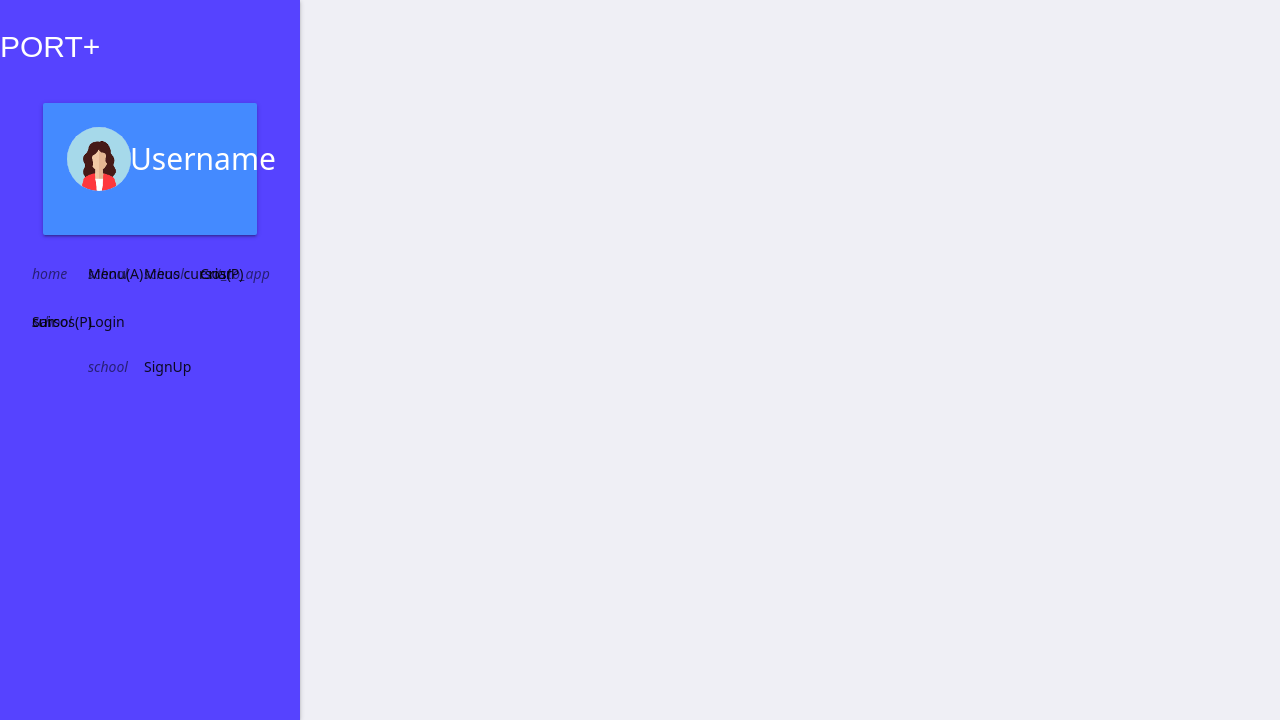
Repository: LauraMViana/Port-plus
Page: http://localhost/sideNav(D)
These files come from the project's save history. The page is drawn as it stood at one moment and after the next save; the edit follows.
The browser window is 1280 px wide. The pictures show the whole page.
The page is this project's Thymeleaf template; nobody is signed in. The template is opened directly, without the code that normally fills it, so the values that code supplies are empty.

Above is the page before, as saved 2021-12-22 20:23:05.

### port/src/main/resources/templates/sideNav(D).html
<!DOCTYPE html >
<html xmlns:th="http://www.thymeleaf.org">
<head>
<meta charset="UTF-8">
<!-- Compiled and minified CSS -->
<link rel="stylesheet"
	href="https://cdnjs.cloudflare.com/ajax/libs/materialize/1.0.0/css/materialize.min.css">
<link href="https://fonts.googleapis.com/icon?family=Material+Icons"
	rel="stylesheet">
<link rel="stylesheet" href="/Style.css">
<title>PortPlus</title>
</head>
<body>
	<div th:fragment="menu">
		<ul id="slide-out" class="sidenav sidenav-fixed">
			<li>
				<div class="brand-logo">
					<h4 class="white-text">PORT+</h4>
				</div>
				<div class="user-view">
					<!--  add link-->
					<div class="col s12 m8 offset-m2 l6 offset-l3">
						<div class="card-panel blue accent-2">
							<div class="row valign-wrapper">
								<div class="col s4">
									<img src="/Imagens/usuario.png" class="circle">
								</div>
								<div class="col s10">
									<span class="white-text"><strong>Username</strong> </span>
								</div>
							</div>
						</div>
					</div>
				</div>
			</li>
			<li><a href="/"><i class="material-icons">home </i>Menu(A)</a></li>
			<li><a href="/portPlus/meusCursos"><i class="material-icons">school
				</i>Meus cursos(P)</a></li>
			<!-- <li><a href="/"><i class="material-icons">create </i>Correção
					de RED</a></li> -->
			<li><a href="/portPlus/criarCurso"><i class="material-icons">school
				</i>Criar cursos(P)</a></li>
			<li><a href="/"><i class="material-icons">exit_to_app</i>Sair</a></li>
			<li><a href="/portPlus/login"><i class="material-icons">school
				</i>Login</a></li>
			<li><a href="/portPlus/signup"><i class="material-icons">school
				</i>SignUp</a></li>

		</ul>
		<a href="#" data-target="slide-out" class="sidenav-trigger"><i
			class="material-icons">menu</i></a>
	</div>
	<script
		src="https://cdnjs.cloudflare.com/ajax/libs/materialize/1.0.0/js/materialize.min.js"></script>
	<script>
		document.addEventListener('DOMContentLoaded', function() {
			var side = document.querySelectorAll('.sidenav');
			M.Sidenav.init(side);
		});
	</script>
</body>
</html>

### port/src/main/resources/static/Style.css
/* Laura */
body {
	margin: 0px;
	padding: 0px;
	background-color: #efeff5;
	font-family: system-ui;
}

.clearfix {
	clear: both;
}

.logo {
	margin: 0px;
	margin-left: 28px;
	font-weight: bold;
	color: white;
	margin-bottom: 30px;
}

.sidenav {
	height: 100%;
	width: 300px;
	position: fixed;
	z-index: 1;
	top: 0;
	left: 0;
	background-color: #5643ff;
	overflow: hidden;
	padding-top: 30px;
	transition: ease-in-out 0.3s;
}

.menu {
	float: right;
	margin-right: 20px;
	cursor: pointer;
}

.logo1 {
	margin: 0px;
	margin-left: 20px;
	font-weight: bold;
	color: white;
	margin-bottom: 50px;
	display: none;
	cursor: pointer;
}

.menu1 {
	float: left;
	display: none;
}

.sidenav a {
	padding: 15px 8px 15px 32px;
	text-decoration: none;
	font-size: 20px;
	color: #d8d8d8;
	display: block;
}

.sidenav a:hover {
	color: #f1f1f1;
	background-color: #2c1ed6;
}

.sidenav {
	top: 0;
	right: 25px;
	font-size: 30px;
}

#main {
	padding: 16px;
	margin-left: 300px;
}

.head {
	padding: 0px 6px;
	border-bottom: 1px solid #d6d6d8b8;
	padding-bottom: 10px;
}

.col-div-6 {
	width: 50%;
	float: left;
}

.login p {
	color: #6c7293;
	font-weight: 500;
	margin-left: 35px;
	margin-top: 10px;
	font-size: 13.5px;
	background-color: white;
	padding: 10px;
	border-radius: 25px;
	padding-left: 35px;
	width: 80px;
	float: right;
	cursor: pointer;
}

.profile {
	display: inline-block;
	float: right;
	width: 160px;
}

.pro-img {
	float: left;
	width: 40px;
	margin-top: 8px;
	margin-left: 20px;
}

.profile p {
	color: #6c7293;
	font-weight: 500;
	margin-left: 35px;
	margin-top: 10px;
	font-size: 13.5px;
	background-color: white;
	padding: 10px;
	border-radius: 25px;
	padding-left: 35px;
	cursor: pointer;
}

.dots {
	margin-left: 10px;
}

.profile-div {
	background-color: white;
	width: 160px;
	border: 1px solid #ddd;
	padding: 10px 0px;
	right: 2%;
	border-radius: 5px;
	position: absolute;
	z-index: 9;
	display: none;
}

.profile-div:after {
	content: '';
	position: absolute;
	height: 10px;
	width: 10px;
	background-color: white;
	top: -6px;
	border-left: 1px solid #ddd;
	border-top: 1px solid #ddd;
	transform: rotate(45deg);
	right: 10%;
}

.profile-div p {
	margin: 0px;
	padding: 10px 20px;
}

.profile-div p:hover {
	margin: 0px;
	padding: 10px 20px;
	background-color: #5643ff;
	border-radius: 0px;
	color: white;
}

.notification-div {
	background-color: white;
	width: 240px;
	border: 1px solid #ddd;
	padding: 10px 0px;
	right: 16%;
	border-radius: 5px;
	top: 12%;
	position: absolute;
	z-index: 9;
	display: none;
}

.notification-div:after {
	content: '';
	position: absolute;
	height: 10px;
	width: 10px;
	background-color: white;
	top: -6px;
	border-left: 1px solid #ddd;
	border-top: 1px solid #ddd;
	transform: rotate(45deg);
	right: 10%;
}

.noti-head {
	display: block;
	margin: 0px;
	color: #6c7293;
}

.noti-head:hover {
	background-color: white !important;
	color: #6c7293 !important;
}

.noti-head span {
	position: absolute;
	right: 8%;
	top: 10%;
	background-color: #5643ff;
	padding: 1px 5px;
	color: white;
	border-radius: 20px;
}

.hr {
	margin: 0px;
	border: none;
	background-color: #ddd;
	height: 1px;
}

.notification-div p {
	margin: 0px;
	padding: 10px 20px;
	color: #6c7293;
}

.notification-div p span {
	font-size: 11px;
	display: block;
}

.notification-div p:hover {
	margin: 0px;
	padding: 10px 20px;
	background-color: #5643ff;
	border-radius: 0px;
	color: white;
}

.search-icon {
	position: absolute;
	right: 22%;
	top: 25px;
	background-color: white;
	padding: 13px;
	border-radius: 21px;
	color: #6c7293;
	cursor: pointer;
}

.noti-icon {
	position: absolute;
	right: 17%;
	top: 25px;
	background-color: #5643ff;
	padding: 13px;
	border-radius: 21px;
	color: #fff;
	cursor: pointer;
}

.noti-icon:after {
	content: '';
	height: 5px;
	width: 5px;
	border-radius: 5px;
	top: 5px;
	left: 20px;
	position: absolute;
	background-color: red;
}

.col-div-4-1 {
	width: 33.3%;
	float: left;
}

.box {
	width: 88%;
	height: 480px;
	background-color: #ffffff;
	margin-left: 10px;
	padding: 10px;
	box-shadow: 2px 5px 10px #ddd;
	position: relative;
}

.box p {
	color: #6c7293;
	font-weight: 500;
	padding-left: 10px;
}

.number {
	font-size: 35px;
	margin-bottom: 0px;
	margin-top: 20px;
}

.percent {
	margin: 0px;
	font-size: 14px;
	color: #37bf37 !important;
}

.percent span {
	font-size: 12px;
	color: #9398b1;
	padding-left: 3px;
}

.head-1 {
	font-size: 18px !important;
	margin: 10px 0px;
	color: #6c7293;
}

.head-1 span {
	float: right;
	background-color: #5643ff;
	color: white;
	padding: 3px 10px;
	font-size: 15px;
}

.box-icon {
	font-size: 20px !important;
	margin-top: 35px !important;
	color: #5643ff;
	padding-right: 10px;
	background-color: #efeff5;
	padding: 15px;
	border-radius: 25px;
	position: absolute;
	right: 16px;
	top: -18px;
}

.box-1 {
	width: 88%;
	height: 282px;
	background-color: #ffffff;
	margin-left: 10px;
	padding: 10px;
	box-shadow: 2px 5px 10px #ddd;
	position: relative;
}

.m-box {
	color: #6c7293;
	position: relative;
	padding: 0px 12px;
}

.active {
	background-color: #5646ff;
	color: white;
	box-shadow: 4px 3px 7px 3px #3226ad54;
}

.active .no-1 {
	color: #ddd !important;
}

.m-box p {
	display: inline-block;
	margin: 10px 0px;
}

.no {
	position: absolute !important;
	top: 21px;
	right: 15px;
	font-weight: 500;
}

.no-1 {
	font-size: 12px;
	color: #9398b1;
}

.act-p {
	font-size: 13px;
	color: #6c7293;
}

.act-p .fa {
	color: orange !important;
}

.content-box-1 {
	padding: 0px 10px;
}

.col-div-12 {
	width: 100%;
}

.col-div-4 {
	width: 30%;
	float: left;
}

.content-box {
	padding: 20px;
}

.content-box p {
	margin: 0px;
	font-size: 20px;
	color: #6c7293;
}

.content-box p span {
	float: right;
	background-color: #5643ff;
	color: white;
	padding: 3px 10px;
	font-size: 15px;
}

.box-8 {
	width: 97.8%;
	background-color: #fff;
	height: 330px;
}

.nav {
	font-size: 30px;
	cursor: pointer;
	color: #6c7293;
	margin: 11px 0px;
}

.box-8 {
	margin-left: 10px;
}

td, th {
	border: 1px solid #dddddd;
	text-align: left;
	padding: 10px;
}

tr:nth-child(even) {
	background-color: #5643ff29;
	color: #6c7293 !important;
}

.circle-wrap {
	margin: 50px auto;
	width: 150px;
	height: 150px;
	background: #e6e2e7;
	border-radius: 50%;
}

.circle-wrap .circle .mask, .circle-wrap .circle .fill {
	width: 150px;
	height: 150px;
	position: absolute;
	border-radius: 50%;
}

.circle-wrap .circle .mask {
	clip: rect(0px, 150px, 150px, 75px);
}

.circle-wrap .circle .mask .fill {
	clip: rect(0px, 75px, 150px, 0px);
	background-color: #5646ff;
}

.circle-wrap .circle .mask.full, .circle-wrap .circle .fill {
	animation: fill ease-in-out 3s;
	transform: rotate(126deg);
}

@
keyframes fill { 0% {
	transform: rotate(0deg);
}

100










%
{
transform










:










rotate








(










126deg










)








;
}
}
.circle-wrap .inside-circle {
	width: 130px;
	height: 130px;
	border-radius: 50%;
	background: #fff;
	line-height: 130px;
	text-align: center;
	margin-top: 10px;
	margin-left: 10px;
	position: absolute;
	z-index: 100;
	font-weight: 700;
	font-size: 2em;
	color: #6c7293;
}

/* Thais */
h1 {
	font-weight: 400;
	font-family: Century Gothic, Arial, Helvetica, sans-serif;
	color: #6c7293;
	font-size: calc(1.044375rem + 1.7325vw);
}

h4, h6 {
	font-weight: 100;
	font-family: Century Gothic, Arial, Helvetica, sans-serif;
	color: #6c7293;
	font-size: 30px;
	margin: 0px;
}

a {
	text-decoration: none;
}

#btn {
	text-align: right;
}

/*Apresente material  */
.mod-title {
	font-size: 30px;
	color: #d8d8d8;
}

/* Index  */
.box-mod {
	width: 88%;
	height: 30px;
	background-color: #dfdfdf;
	margin-left: 10px;
	padding: 10px;
	position: relative;
	margin-left: 10px;
	padding: 10px;
	border-top: 1px solid #d7dfe3;
	margin-left: 10px;
	margin-bottom: 15px;
}

.box-mod p {
	color: #6c7293;
	font-weight: 500;
	margin: 0px;
	padding: 10px;
	width: 105px;
	margin-left: 90px;
}
/* blocos de curso ou modulos  */
.col-div-4-2 {
	width: 25%;
	float: left;
}

.card.small .card-image+.card-content, .card.medium .card-image+.card-content,
	.card.large .card-image+.card-content {
	max-height: 40%;
}

.card.small .card-content, .card.medium .card-content, .card.large .card-content
	{
	max-height: 100%;
	overflow: hidden;
}

.card .card-content {
	padding: 24px;
	border-radius: 0 0 2px 2px;
}

.card .card-image img {
	display: block;
	border-radius: 2px 2px 0 0;
	position: relative;
	left: 0;
	right: 0;
	top: 0;
	bottom: 0;
	width: 100%;
}

img {
	border-style: none;
}

.card.small .card-image, .card.medium .card-image, .card.large .card-image
	{
	max-height: 60%;
	overflow: hidden;
}

.card .card-image {
	position: relative;
}

.card.small {
	height: 300px;
}

.card.small, .card.medium, .card.large {
	position: relative;
}

.card {
	margin-left: 10px;
	box-shadow: 2px 5px 10px #ddd;
	position: relative;
	height: 250px;
	background-color: #fff;
	-webkit-transition: -webkit-box-shadow .25s;
	transition: -webkit-box-shadow .25s;
	transition: box-shadow .25s;
	transition: box-shadow .25s, -webkit-box-shadow .25s;
	border-radius: 2px;
}

.card {
	position: relative;
	margin: 0.5rem 0 1rem 0;
	background-color: #fff;
	-webkit-transition: -webkit-box-shadow .25s;
	transition: -webkit-box-shadow .25s;
	transition: box-shadow .25s;
	transition: box-shadow .25s, -webkit-box-shadow .25s;
	border-radius: 2px;
}

.image {
	display: block;
	position: relative;
	left: 0;
	right: 0;
	top: 0;
	bottom: 0;
	width: 100%;
	max-height: 70%;
	overflow: hidden;
	max-height: 70%;
	right: 0;
	top: 0;
	bottom: 0;
}

.card {
	margin-left: 10px;
	box-shadow: 2px 5px 10px #ddd;
	position: relative;
	height: 250px;
	background-color: #fff;
	-webkit-transition: -webkit-box-shadow .25s;
	transition: -webkit-box-shadow .25s;
	transition: box-shadow .25s;
	transition: box-shadow .25s, -webkit-box-shadow .25s;
	border-radius: 2px;
}

.card-title-mod {
	display: block;
	line-height: 32px;
	margin-bottom: 8px;
	font-size: 24px;
	font-weight: 300;
}
/* descriçao do curso  */
.mod-d {
	font-size: 18px !important;
	margin: 10px 0px;
	color: #6c7293;
	text-align: justify;
}

/* Pag apresentação Material */
aside {
	width: 260px;
	float: right;
	margin-right: 20px;
	border: 1px solid black;
}

.conteudo {
	padding-left: 15px;
	width: 700px;
	float: left;
	height: 415px;
	text-align: justify;
}

.card.lista {
	background-color: #5643ff;
	width: 259.5px;
	height: 50px;
	text-align: center;
	padding: 5px 0px 5px 0px;
	margin: 0px;
}

.lista li {
	padding: 15px 8px 15px 32px;
	text-decoration: none;
	font-size: 20px;
	color: #d8d8d8;
	display: block;
	text-align: justify;
}

.lista li:hover {
	color: #f1f1f1;
	background-color: #5643ff;
}

.lista a:hover {
	color: #f1f1f1;
	background-color: #5643ff;
}

ul {
	padding: 0px;
	margin: 0px;
	list-style-type: none;
}

textarea.materialize-textarea.texto {
	height: 12rem;
}

input:not([type]), input[type="text"]:not(.browser-default), input[type="url"]:not(.browser-default),
	input[type="number"]:not(.browser-default), textarea.materialize-textarea
	{
	background-color: transparent;
	border-top-width: initial;
	border-right-width: initial;
	border-left-width: initial;
	border-top-color: initial;
	border-right-color: initial;
	border-left-color: initial;
	height: 3rem;
	width: 100%;
	font-size: 16px;
	box-shadow: none;
	box-sizing: content-box;
	border-style: none none solid;
	border-image: initial;
	border-bottom: 1px solid rgb(158, 158, 158);
	border-radius: 0px;
	outline: none;
	margin: 0px 0px 8px;
	padding: 0px;
	transition: box-shadow 0.3s ease 0s, border 0.3s ease 0s,
		-webkit-box-shadow 0.3s ease 0s;
}

form {
	padding-left: 50px;
}

.dados-do-curso, .listarCriarMod {
	padding-left: 50px;
}

.s2 {
	width: 20%;
	display: inline;
}

.col.s3 {
	width: 25%;
	margin-left: auto;
	left: auto;
	right: auto;
}

.col.s4 {
	width: 33.3333333333%;
	margin-left: auto;
	left: auto;
	right: auto;
}

.col.s5 {
	width: 41.6666666667%;
	margin-left: auto;
	left: auto;
	right: auto;
}

.col.s6 {
	width: 50%;
	margin-left: auto;
	left: auto;
	right: auto;
}

.col.s9 {
	width: 75%;
	margin-left: auto;
	left: auto;
	right: auto;
}

.col.s12 {
	width: 100%;
	margin-left: auto;
	left: auto;
	right: auto;
}

.col.s12.cont {
	padding-bottom: 20px;
}

.col {
	float: left;
	-webkit-box-sizing: border-box;
	box-sizing: border-box;
	padding: 0 0.75rem;
	min-height: 1px;
}

.s10 {
	width: 80%;
	margin-left: auto;
	left: auto;
	right: auto;
}

.btn {
	text-decoration: none;
	color: #fff;
	background-color: #26a69a;
	text-align: center;
	letter-spacing: .5px;
	-webkit-transition: background-color .2s ease-out;
	transition: background-color .2s ease-out;
	cursor: pointer;
	border: none;
	border-radius: 2px;
	display: inline-block;
	height: 36px;
	line-height: 36px;
	padding: 0 16px;
	text-transform: uppercase;
	font-size: 14px;
	outline: 0;
	font-size: 14px;
}

.waves-effect {
	position: relative;
	cursor: pointer;
	display: inline-block;
	overflow: hidden;
	-webkit-user-select: none;
	-moz-user-select: none;
	-ms-user-select: none;
	user-select: none;
	-webkit-tap-highlight-color: transparent;
	vertical-align: middle;
	z-index: 1;
	-webkit-transition: .3s ease-out;
	transition: .3s ease-out;
}

.modal.modal-fixed-footer {
	padding: 0;
	height: 70%;
}

.modal {
	display: none;
	position: fixed;
	left: 0;
	right: 0;
	background-color: #fafafa;
	padding: 0;
	max-height: 70%;
	width: 55%;
	margin: auto;
	overflow-y: auto;
	border-radius: 2px;
	will-change: top, opacity;
}

.modal.modal-fixed-footer {
	padding: 0;
	height: 70%;
}

.modal {
	display: none;
	position: fixed;
	left: 0;
	right: 0;
	background-color: #fafafa;
	padding: 0;
	max-height: 70%;
	width: 55%;
	margin: auto;
	overflow-y: auto;
	border-radius: 2px;
	will-change: top, opacity;
}

.z-depth-5, .modal {
	-webkit-box-shadow: 0 24px 38px 3px rgb(0 0 0/ 14%), 0 9px 46px 8px
		rgb(0 0 0/ 12%), 0 11px 15px -7px rgb(0 0 0/ 20%);
	box-shadow: 0 24px 38px 3px rgb(0 0 0/ 14%), 0 9px 46px 8px
		rgb(0 0 0/ 12%), 0 11px 15px -7px rgb(0 0 0/ 20%);
}

.collapsible {
	border-top: 1px solid #ddd;
	border-right: 1px solid #ddd;
	border-left: 1px solid #ddd;
	margin: 0.5rem 0 1rem 0;
}

.collapsible-header {
	display: -webkit-box;
	display: -webkit-flex;
	display: -ms-flexbox;
	display: flex;
	-webkit-tap-highlight-color: transparent;
	line-height: 1.5;
	padding: 1rem;
	background-color: #fff;
	border-bottom: 1px solid #ddd;
	display: -webkit-box;
	display: -webkit-flex;
	display: -ms-flexbox;
	display: flex;
	cursor: pointer;
	-webkit-tap-highlight-color: transparent;
	line-height: 1.5;
	padding: 1rem;
	background-color: #fff;
	border-bottom: 1px solid #ddd;
}

.optCont {
	display: inline-block;
	float: right;
	width: 160px;
}

.optCont a {
	cursor: pointer;
}

.opt {
	background-color: white;
	width: 100px;
	border: 1px solid #ddd;
	padding: 10px 0px;
	right: 10%;
	border-radius: 5px;
	position: absolute;
	z-index: 9;
	display: none;
}

.opt p {
	margin: 0px;
	padding: 10px 20px;
}

.opt p:hover {
	margin: 0px;
	padding: 10px 20px;
	background-color: #5643ff;
	border-radius: 0px;
	color: white;
}

.modal.modal-fixed-footer {
	height: 40%;
	width: 40%;
}

.modal .modal-content {
	padding: 65px 24px 24px 75px;
}

After the next save:
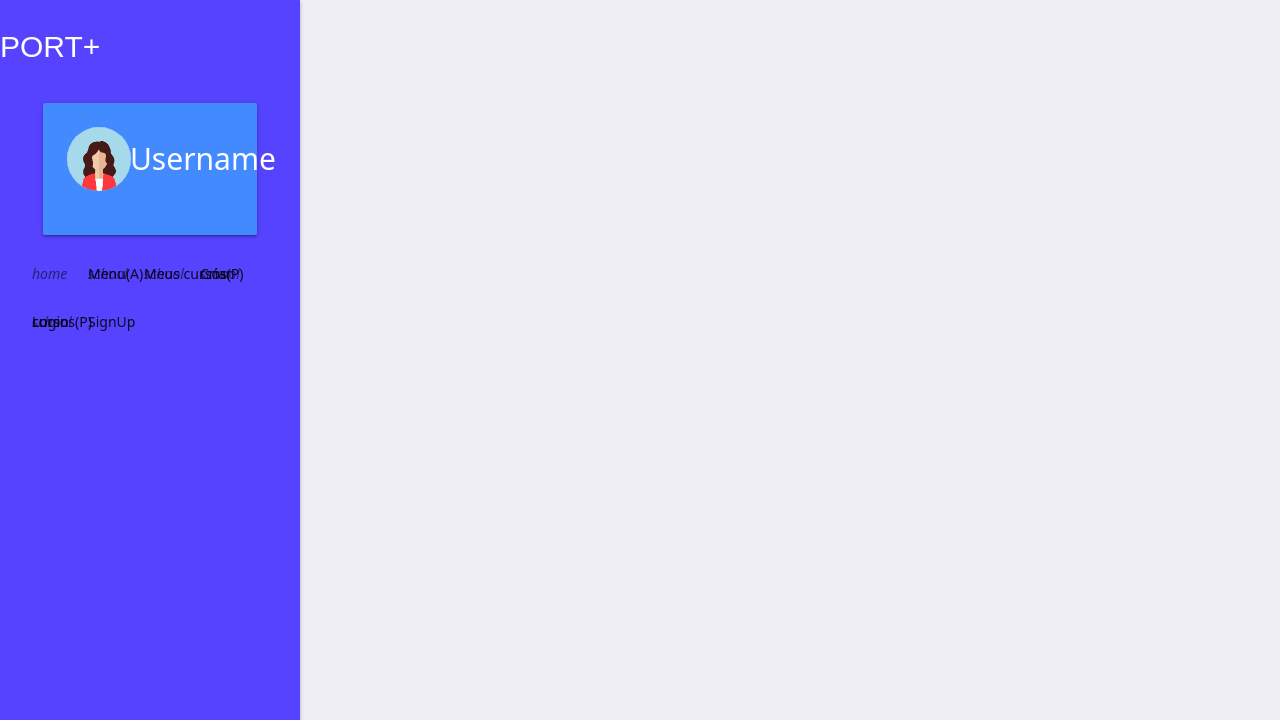
Saved 10 s later.
--- a/port/src/main/resources/templates/sideNav(D).html
+++ b/port/src/main/resources/templates/sideNav(D).html
@@ -40,7 +40,7 @@
 					de RED</a></li> -->
 			<li><a href="/portPlus/criarCurso"><i class="material-icons">school
 				</i>Criar cursos(P)</a></li>
-			<li><a href="/"><i class="material-icons">exit_to_app</i>Sair</a></li>
+			<!-- <li><a href="/"><i class="material-icons">exit_to_app</i>Sair</a></li> -->
 			<li><a href="/portPlus/login"><i class="material-icons">school
 				</i>Login</a></li>
 			<li><a href="/portPlus/signup"><i class="material-icons">school
